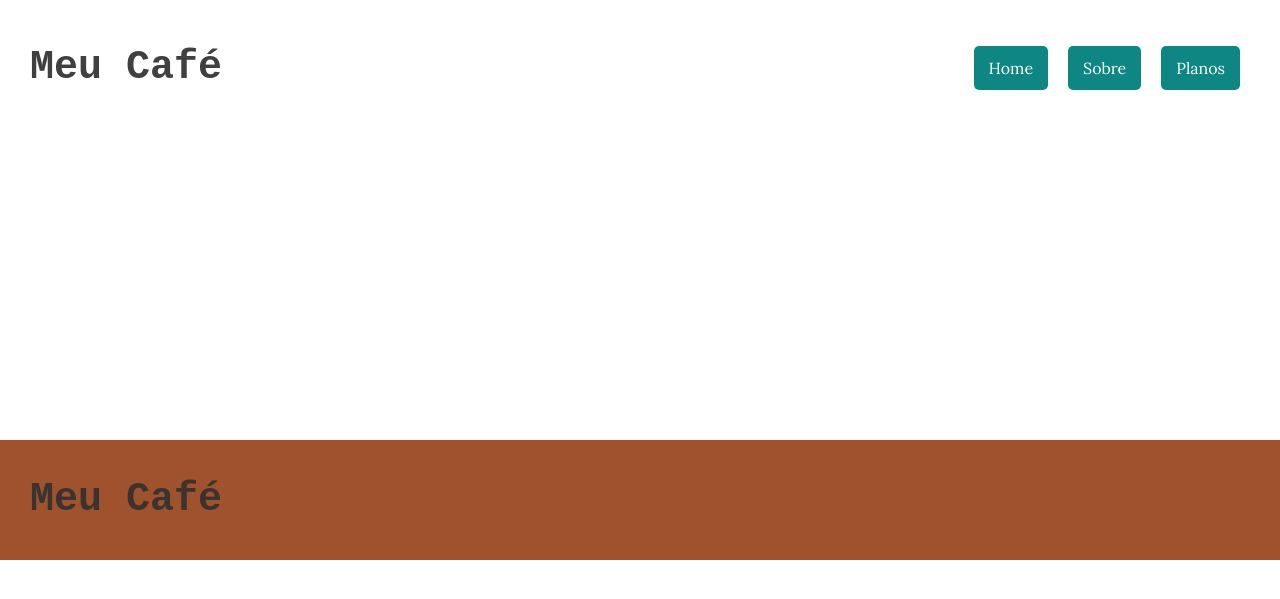
Repository: meiotera/meu_cafe.dev
Page: /sobre
These files come from the project's save history. The page is drawn as it stood at one moment and after the next save; the edit follows.
The browser window is 1280 px wide. The pictures show the whole page.
The project was rebuilt for these pictures with package versions that can differ from the ones it lists, and the page was loaded fresh each time. Also part of the build but not shown: vite.config.js, src/components/Banner/Banner.module.css, src/components/Banner/Banner.jsx, src/Pages/Home.module.css, src/components/Card/Card.module.css, src/components/Card/Card.jsx, src/Pages/Home.jsx, src/Pages/YourPlane.jsx.

Above is the page before, as saved 2025-04-03 18:42:24.

After the next save:
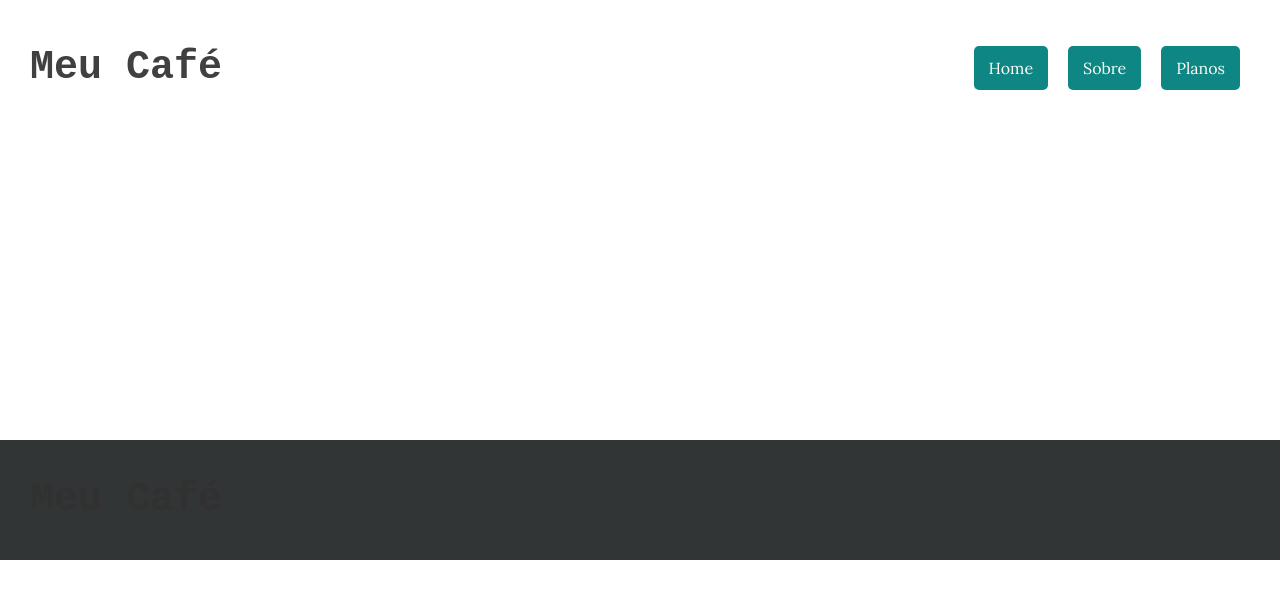
Saved 19 s later.
--- a/src/components/Footer/Footer.module.css
+++ b/src/components/Footer/Footer.module.css
@@ -6,5 +6,5 @@
 
 .footer {
   padding: 30px;
-  background-color: sienna;
+  background-color: rgb(50, 53, 53);
 }
